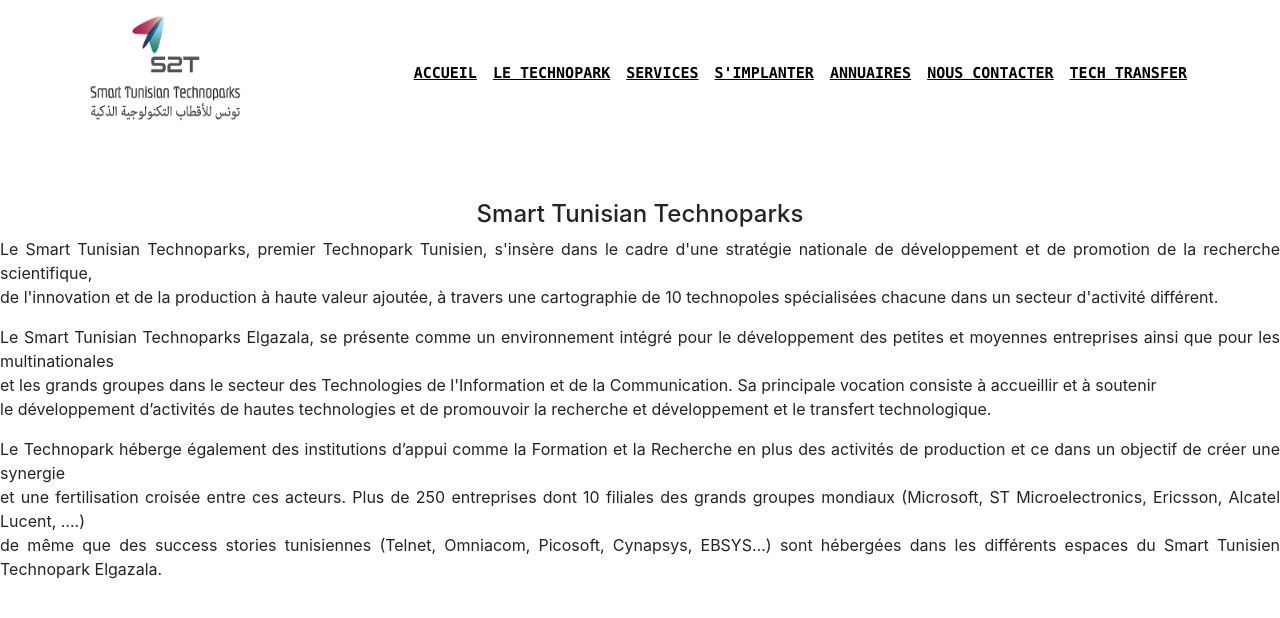
Repository: Zakraouihadil1/stage-perfectionnement-
Page: presentation.html
The author's editor kept a copy of each file at every save. The page is drawn from the files as they stood at one save, then again after the next save.
The browser window is 1280 px wide. The pictures show the whole page.

Above is the page before, as saved 2021-08-17 19:40:29.

### presentation.html
<html>
    <head>
        <title></title>
        <meta charset="utf-8">
        <link rel="stylesheet" href="https://maxcdn.bootstrapcdn.com/bootstrap/4.5.2/css/bootstrap.min.css">
    <script src="https://ajax.googleapis.com/ajax/libs/jquery/3.5.1/jquery.min.js"></script>
    <script src="https://cdnjs.cloudflare.com/ajax/libs/popper.js/1.16.0/umd/popper.min.js"></script>
    <script src="https://maxcdn.bootstrapcdn.com/bootstrap/4.5.2/js/bootstrap.min.js"></script>
    </head>
    <style>



  #mainNav{
    background-color: white;
  }
  li a {
    color: black ;
    font-family: "Lucida Console", "Courier New";
    font-size: 15px ;
    text-align: left ;
    float: right;
    margin-top: 10px;
    text-decoration: underline;
    font-weight: bolder;

      }

li a:hover {
    color: blue;

  }




  .dropdown-content {
  display: none;
  position: absolute;
  background-color: #f9f9f9;
  min-width: 160px;
  box-shadow: 0px 8px 16px 0px rgba(0,0,0,0.2);
  z-index: 1;
}

.dropdown-content a {
  float: none;
  color: black;
  padding: 12px 16px;
  text-decoration: none;
  display: block;
  text-align: left;
}

.dropdown-content a:hover {
  background-color: #ddd;
}

.dropdown:hover .dropdown-content {
  display: block;
}
    </style>

    <body id="page-top">
         <!-- Navigation-->
  <nav class="navbar navbar-expand-lg  fixed-top" id="mainNav">
    <div class="container">
        <a class="navbar-brand " href="#page-top">
            <img src="images/Logo-S2T png.png" width="160px" height="110px">
        </a>
        <button class="navbar-toggler navbar-toggler-right" type="button" data-toggle="collapse" data-target="#navbarResponsive" aria-controls="navbarResponsive" aria-expanded="false" aria-label="Toggle navigation">
            Menu
            <i class="fas fa-bars ml-1"></i>
        </button>



        <div class="collapse navbar-collapse" id="navbarResponsive">
            <ul class="navbar-nav text-uppercase ml-auto">
              <li class="nav-item"><a class="nav-link js-scroll-trigger" href="./index.html">Accueil</a></li>
              <div class="dropdown">
                <li class="nav-item"><a class="nav-link js-scroll-trigger" href="#about">Le technopark</a></li>
<br>
<br>
                <div class="dropdown-content">
                  <a href="presentation.html">Présentation</a>
                  <a href="#">Actualités</a>
                  <a href="#">Link 3</a>
                </div>
              </div>
                 <li class="nav-item"><a class="nav-link js-scroll-trigger" href="#services">Services</a></li>
                 <li class="nav-item"><a class="nav-link js-scroll-trigger" href="#team">S'implanter</a></li>
                 <li class="nav-item"><a class="nav-link js-scroll-trigger" href="#team">Annuaires</a></li>
                 <li class="nav-item"><a class="nav-link js-scroll-trigger" href="#contact">Nous Contacter</a></li>
                 <li class="nav-item"><a class="nav-link js-scroll-trigger" href="#contact">Tech Transfer</a></li>

            </ul>
        </div>
    </div>
</nav>

<div style="margin-top: 200px; text-align:  justify;">
    <h4 style="text-align: center;">Smart Tunisian Technoparks</h4>
    <div style="text-align: justify;">
    <p>Le Smart Tunisian Technoparks, premier Technopark Tunisien, s'insère dans le cadre d'une stratégie nationale de développement et de promotion de la recherche scientifique, <br>
     de l'innovation et de la production à haute valeur ajoutée, à travers une cartographie de 10 technopoles spécialisées chacune dans un secteur d'activité différent.</p>

      <p>Le Smart Tunisian Technoparks Elgazala, se présente comme un environnement intégré pour le développement des petites et moyennes entreprises ainsi que pour les multinationales <br>
         et les grands groupes dans le secteur des Technologies de l'Information et de la Communication. Sa principale vocation consiste à accueillir et à soutenir  <br>
         le développement d’activités de hautes technologies et de promouvoir la recherche et développement et le transfert technologique.</p>

      <p> Le Technopark héberge également des institutions d’appui comme la Formation et la Recherche en plus des activités de production et ce dans un objectif de créer une synergie <br>
          et une fertilisation croisée entre ces acteurs. Plus de 250 entreprises dont 10 filiales des grands groupes mondiaux (Microsoft, ST Microelectronics, Ericsson, Alcatel Lucent, ….) <br>
          de même que des success stories tunisiennes (Telnet, Omniacom, Picosoft, Cynapsys, EBSYS…) sont hébergées dans les différents espaces du Smart Tunisien Technopark Elgazala.</p>
</div>
</div>





    </body>
</html>

After the next save:
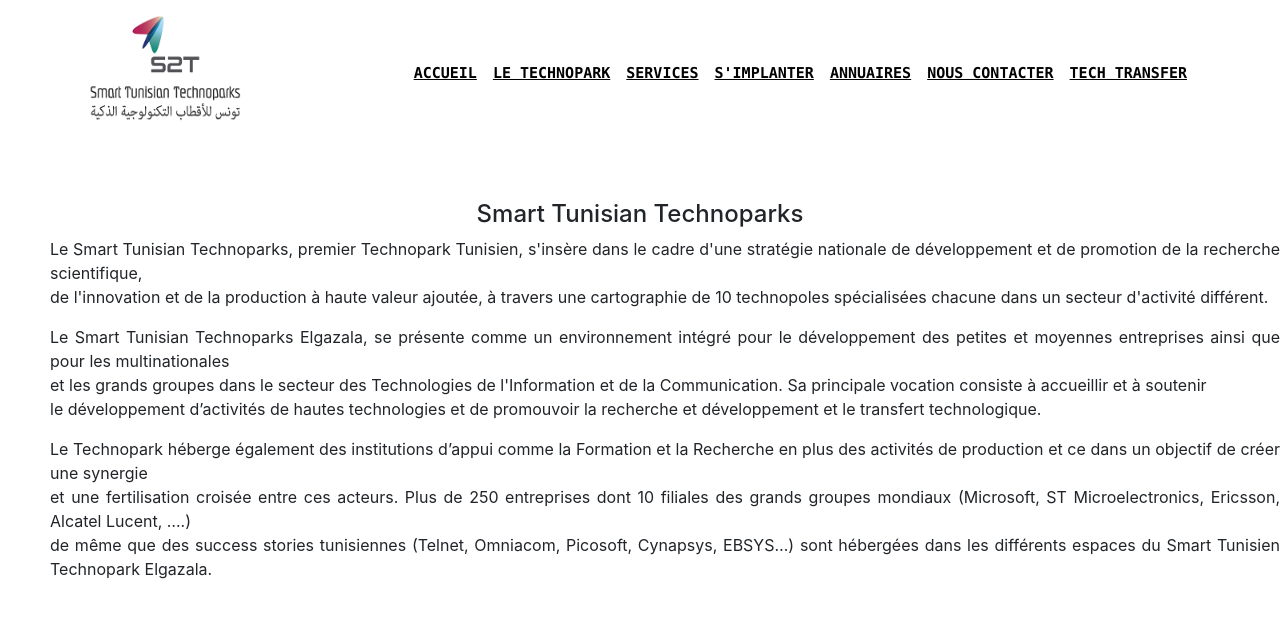
Saved 35 s later.
--- a/presentation.html
+++ b/presentation.html
@@ -101,7 +101,7 @@
 
 <div style="margin-top: 200px; text-align:  justify;">
     <h4 style="text-align: center;">Smart Tunisian Technoparks</h4>
-    <div style="text-align: justify;">
+    <div style="margin-left: 50px ;">
     <p>Le Smart Tunisian Technoparks, premier Technopark Tunisien, s'insère dans le cadre d'une stratégie nationale de développement et de promotion de la recherche scientifique, <br>
      de l'innovation et de la production à haute valeur ajoutée, à travers une cartographie de 10 technopoles spécialisées chacune dans un secteur d'activité différent.</p>
 
